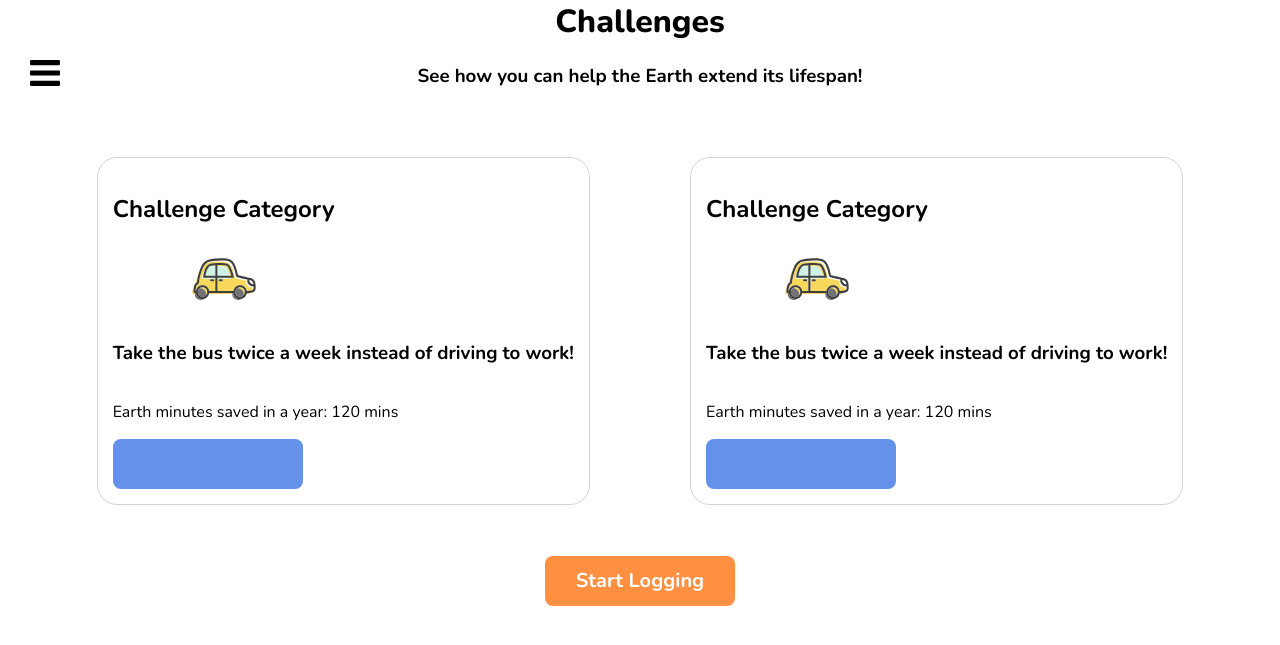
Repository: cho196/Timearth
Page: /challenges
An editor plug-in stored every save of this project. The page is shown before and after the next save, followed by the edit.
The browser window is 1280 px wide. The pictures show the whole page.
The project was rebuilt for these pictures with package versions that can differ from the ones it lists, and the page was loaded fresh each time. The framework's server and built-in components were replaced by stand-ins that run in the browser. Also part of the build but not shown: next.config.js.

Above is the page before, as saved 2022-04-12 21:52:02.

### pages/challenges.js
import ChallengeCont from "../comps/Challenge_cont";
import Layout from "../comps/Layout/page"

export default function Challenges() {
    return <div>
    <Layout></Layout>
    <h1>Challenges</h1>
        <h3>See how you can help the Earth
extend its lifespan!</h3>
        <div class="challenges">
        <ChallengeCont></ChallengeCont>
        <ChallengeCont></ChallengeCont>
        </div>
    </div>
}

### styles/globals.css
@import url('https://fonts.googleapis.com/css2?family=Nunito:wght@400;500;600;700;800&display=swap');

html,
body {
  padding: 0;
  margin: 0;
  font-family: 'Nunito', sans-serif;
  text-align: center;
}

a {
  color: inherit;
  text-decoration: none;
}

* {
  box-sizing: border-box;
}

h1 {
    font-weight: 800;
    font-size: 32px;
    line-height: 44px;
    width: 90%;
    margin:auto;
}

h4 {
    font-weight: 400;
    font-size: 18px;
    line-height: 25px;
    margin-top: 0;
    width: 90%;
}

button {
    font-family: 'Nunito', sans-serif;
    border: none;
    font-style: normal;
    cursor: pointer;
}

.logomark {
    width: 12em;
    height: 12em;
    margin-top: 2em;
}

.background-shape {
    position: absolute;
    bottom: 0;
    height: 30%;
    width: 100%;
    border-radius: 50% 50% 0 0;
    background-color: #6B97ED;
    z-index: -1;
}

.section-selection {
    display: flex;
    flex-wrap: wrap;
    justify-content: center;
}

/* challenges */
.challenges {
    display:flex;
    flex-wrap:wrap;
    justify-content: center;
}

@media only screen and (max-width: 600px) and (max-height: 750px){
    .logomark {
        width: 10em;
        height: 10em;
        margin-top: 0.5em;
    }

    h1 {
        font-size: 24px;
    }

    h4 {
        font-size: 16px;
    }

}

### comps/Challenge_cont.js
import { useRouter } from "next/router";
import styled from 'styled-components';
import { cat1, cat2, cat3, cat4, cat5, cat6 } from "../data/intro_content";
import { SecondaryButton } from "./Button";


const Challenge_cont = styled.div`
border:1px solid lightgrey;
border-radius:20px;
display:flex;
flex-direction:column;
align-items:flex-start;
margin:50px;
padding:15px;
`


export default function ChallengeCont() {
    return <Challenge_cont>
        <div class="row">
        <h2>Challenge Category</h2>
        <img src={cat1.img} />
        </div>
        <h3>Take the bus twice a week instead of driving to work!</h3>
        <p>Earth minutes saved in a year: 120 mins</p>
        <SecondaryButton></SecondaryButton>
    </Challenge_cont>
}

### comps/Layout/page.js
import { useRouter } from "next/router";
import styled from 'styled-components';
import Menu from "../Menu";
import { PrimaryButton } from '../Button'

const LayoutComp = styled.div`
    display: flex;
    flex-direction: column;
    justify-content: center;
    align-items: center;
`

export default function Layout() {

    return (
        <LayoutComp>
            <Menu />
            <PrimaryButton/>
        </LayoutComp>
    )
}

### data/intro_content.js
export const PageTitle ="Let’s Start!"

export const cat1 = {
    title: "Transportation",
    img: "/transportation.svg"
}

export const cat2 = {
    title: "Food",
    img: "/food.svg"
}

export const cat3 = {
    title: "Water",
    img: "/water.svg"
}

export const cat4 = {
    title: "Electricity",
    img: "/electricity.svg"
}

export const cat5 = {
    title: "Waste",
    img: "/waste.svg"
}

export const cat6 = {
    title: "Shopping",
    img: "/shopping.svg"
}

### comps/Button.js
import { BtnStyle, BtnText, TextBtnStyle } from "../data/index_content"
import { useRouter } from "next/router";
import styled from 'styled-components';

const Button = styled.button`
    background-color: ${props => BtnStyle[props.BtnStyle].bgcolor};
    color: ${props => BtnStyle[props.BtnStyle].txtcolor};
    font-weight: 700;
    font-size: 20px;
    line-height: 27px;
    border-radius: 8px;
    width: 190px;
    height: 50px;
    bottom: 15.88%;
    position: absolute;
`
const TextButton = styled.div`
    display: flex;
    position: absolute;
    font-style: normal;
    font-weight: 700;
    font-size: 18px;
    line-height: 25px;
    cursor: pointer;
    left: ${props => TextBtnStyle[props.TextBtnStyle].left};
    right: ${props => TextBtnStyle[props.TextBtnStyle].right};
    top: 45px;
    color: ${props => TextBtnStyle[props.TextBtnStyle].color}
`
const StartButton = styled.button`
    background-color: ${props => BtnStyle[props.BtnStyle].bgcolor};
    color: ${props => BtnStyle[props.BtnStyle].txtcolor};
    font-weight: 700;
    font-size: 20px;
    line-height: 27px;
    border-radius: 8px;
    width: 190px;
    height: 50px;
`

export function BackButton() {
    const r = useRouter();

    return <TextButton
        TextBtnStyle="back"
        onClick={
            () => {
                r.replace(
                    {
                        pathname: "/intro"
                    }
                )
            }
        }>
        <img src ="../chevronleft.svg"></img>
        {BtnText.back}
    </TextButton>
}

export function SkipButton() {
    // const r = useRouter();

    return <TextButton
        TextBtnStyle = "skip">
        {BtnText.skip}
    </TextButton>
}

export function CTAButton() {
    const r = useRouter();

    return <Button
        BtnStyle="white"
        onClick={
            () => {
                r.replace(
                    {
                        pathname: "/intro"
                    }
                )
            }
        }
    >{BtnText.index}
    </Button>
}

export function PrimaryButton() {
    const r = useRouter();
    return <Button
        BtnStyle="orange"
        onClick={
            () => {
                r.replace(
                    {
                        pathname: "/questions"
                    }
                )
            }
        }
    >{BtnText.intro}
    </Button>
}

export function NextButton() {
    const r = useRouter();

    return <Button
        BtnStyle="white"
        onClick={
            () => {
                r.replace(
                    {
                        pathname: "/intro"
                    }
                )
            }
        }
    >{BtnText.next}
    </Button>
}

export function SecondaryButton() {
    const r = useRouter();

    return <StartButton
        BtnStyle="blue"
        onClick={
            () => {
                r.replace(
                    {
                        pathname: "./"
                    }
                )
            }
        }
    >{BtnText.start}
    </StartButton>
}

### comps/Menu.js
import { useRouter } from "next/router";
import styled from 'styled-components';

const Hamburger = styled.img`
    position: absolute;
    width: 30px;
    height: 26px;
    left: 30px;
    top: 60px;
    cursor: pointer;
`

export default function Menu() {

    return <Hamburger
        src="/hamburger.svg"
        alt="Hamburger Menu"
        onClick={
            () => {

            }
        }
    />

}

### data/index_content.js
export const PageTitle = "It’s time to log your changes!";

export const TextBtnStyle = {
    back: {
        color: "#000000",
        left: "14px"

    },

    skip: {
        color: "#BFBFBF",
        right: "30px"
    }
}

export const BtnStyle = {
    blue: {
        bgcolor: "#6491E9",
        txtcolor: "#FFFFFF"
    },

    orange: {
        bgcolor: "#FF9042",
        txtcolor: "#FFFFFF"
    },

    white: {
        bgcolor: "#FFFFFF",
        txtcolor: "#000000"
    },

    inactive: {
        bgcolor: "#DADADA",
        txtcolor: "#FFFFFF"
    }
}

export const BtnText = {
    index: "Get Started",
    intro: "Start Logging",
    next: "Next",
    back: "Back",
    skip: "Skip"
}

Loaded but not shown: pages/_app.js (common file)

After the next save:
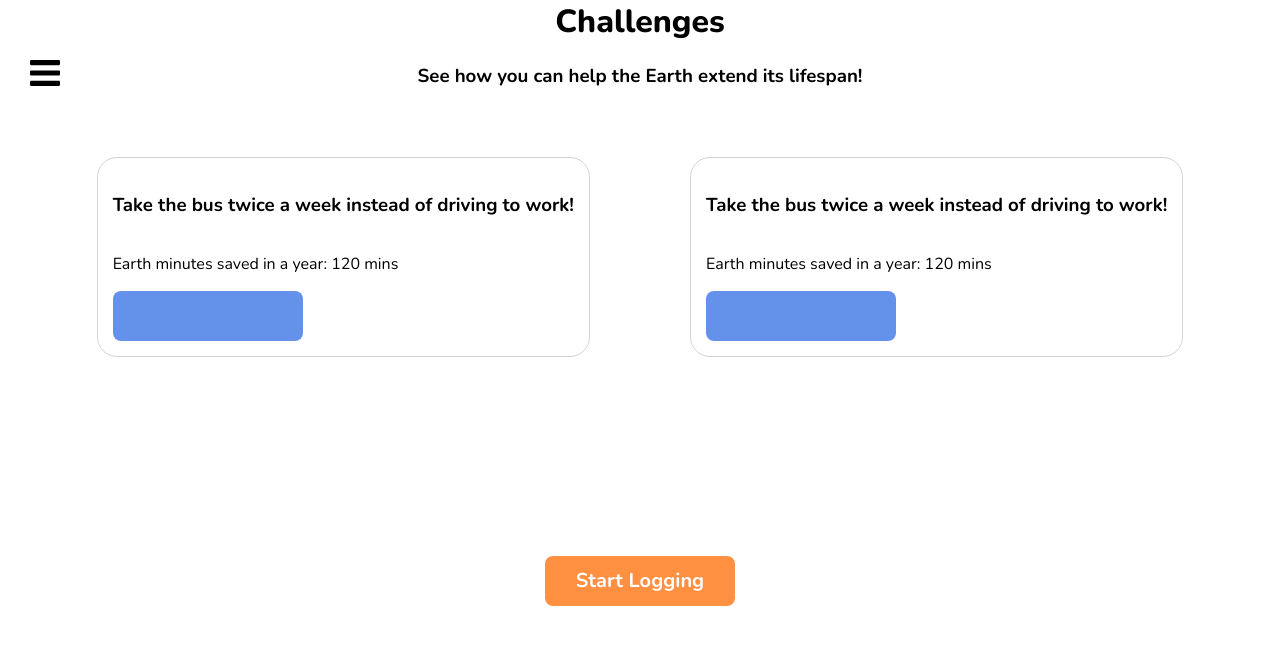
Saved 2 min 15 s later.
--- a/comps/Challenge_cont.js
+++ b/comps/Challenge_cont.js
@@ -13,14 +13,15 @@
 margin:50px;
 padding:15px;
 `
-
+export function ChallengeHeading() {
+    return <div class="challenge-heading">
+       <h2>Challenge Category</h2>
+        <img src={cat1.img} />
+    </div>
+}
 
 export default function ChallengeCont() {
     return <Challenge_cont>
-        <div class="row">
-        <h2>Challenge Category</h2>
-        <img src={cat1.img} />
-        </div>
         <h3>Take the bus twice a week instead of driving to work!</h3>
         <p>Earth minutes saved in a year: 120 mins</p>
         <SecondaryButton></SecondaryButton>

After the save that followed:
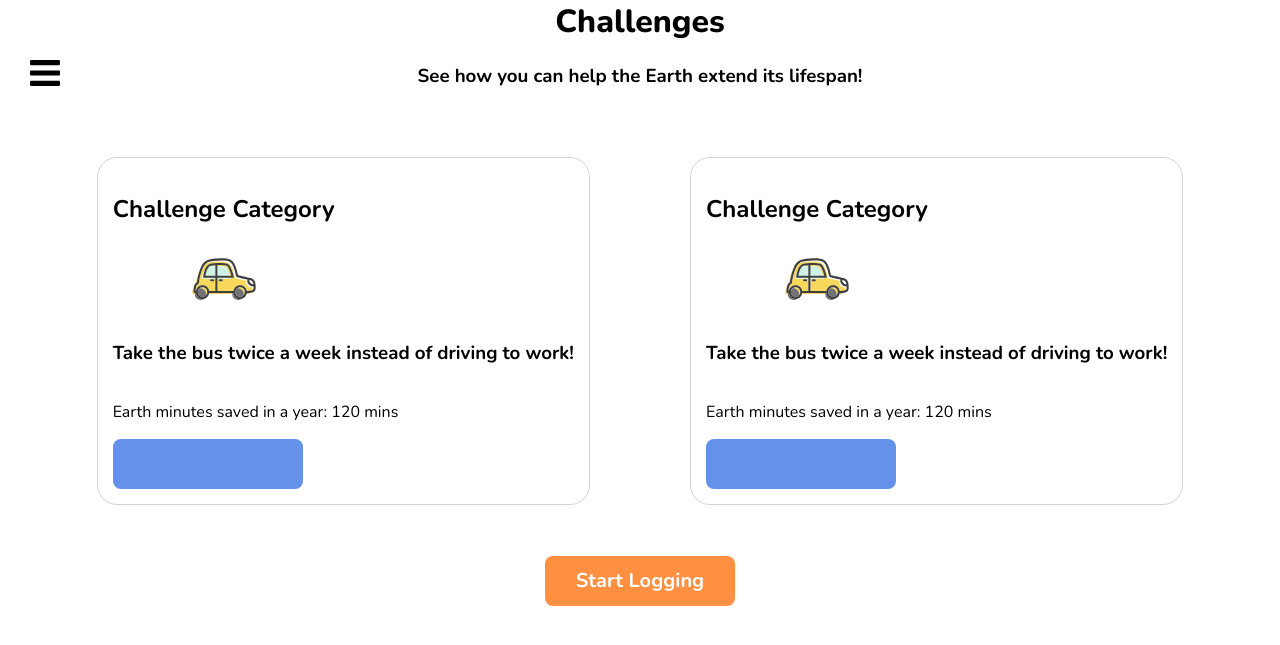
Saved 9 s later.
--- a/comps/Challenge_cont.js
+++ b/comps/Challenge_cont.js
@@ -22,6 +22,7 @@
 
 export default function ChallengeCont() {
     return <Challenge_cont>
+        <ChallengeHeading />
         <h3>Take the bus twice a week instead of driving to work!</h3>
         <p>Earth minutes saved in a year: 120 mins</p>
         <SecondaryButton></SecondaryButton>
